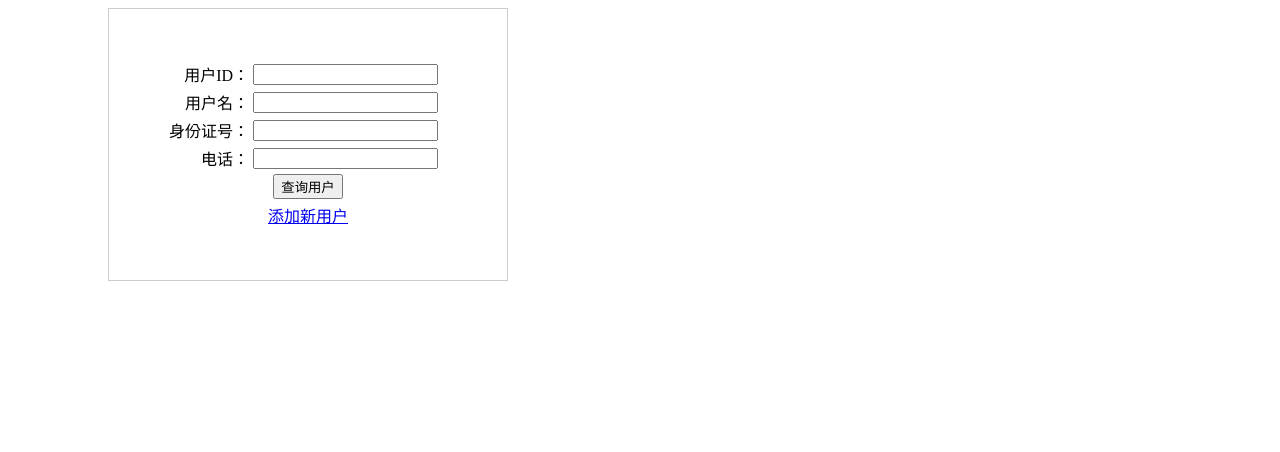
Repository: showmore/study
Page: http://localhost/MyWebProject/add.jsp
These files come from the project's save history. The page is drawn as it stood at one moment and after the next save; the edit follows.
The browser window is 1280 px wide. The pictures show the whole page.
The page is served by Tomcat 9. Other server files are loaded and not shown.

Above is the page before, as saved 2018-12-23 13:49:22.

### MyWebProject/WebContent/add.jsp
<%@ page language="java" contentType="text/html; charset=UTF-8"
    pageEncoding="UTF-8"%>
<!DOCTYPE html>
<html>
<head>
<meta charset="UTF-8">
<title>add Page</title>
</head>
<body>
	<form action="<%=request.getContextPath()%>/add.udo">
	<table
		style="margin: 0 100px; padding: 50px; border: 1px #ccc solid; width: 400px;">

		<tr>
			<td style="text-align: right;">用户ID：</td>
			<td style="text-align: left;"><input type="text"
				name="userID" /></td>
		</tr>
		<tr>
			<td style="text-align: right;">用户名：</td>
			<td style="text-align: left;"><input type="text"
				name="username" /></td>
		</tr>
		<tr>
			<td style="text-align: right;">身份证号：</td>
			<td style="text-align: left;"><input type="text"
				name="identity" /></td>
		</tr>
		<tr>
			<td style="text-align: right;">电话：</td>
			<td style="text-align: left;"><input type="text"
				name="phone" /></td>
		</tr>
		<tr>
			<td colspan=2 style="text-align: center;"><input type="submit"
				value="查询用户" />
		</tr>
		<tr>
			<td colspan=2 style="text-align: center;">
			<a href="<%=request.getContextPath()%>/add.jsp">添加新用户</a>
				</td>
			</tr>

		</table>
	</form>

</body>
</html>

After the next save:
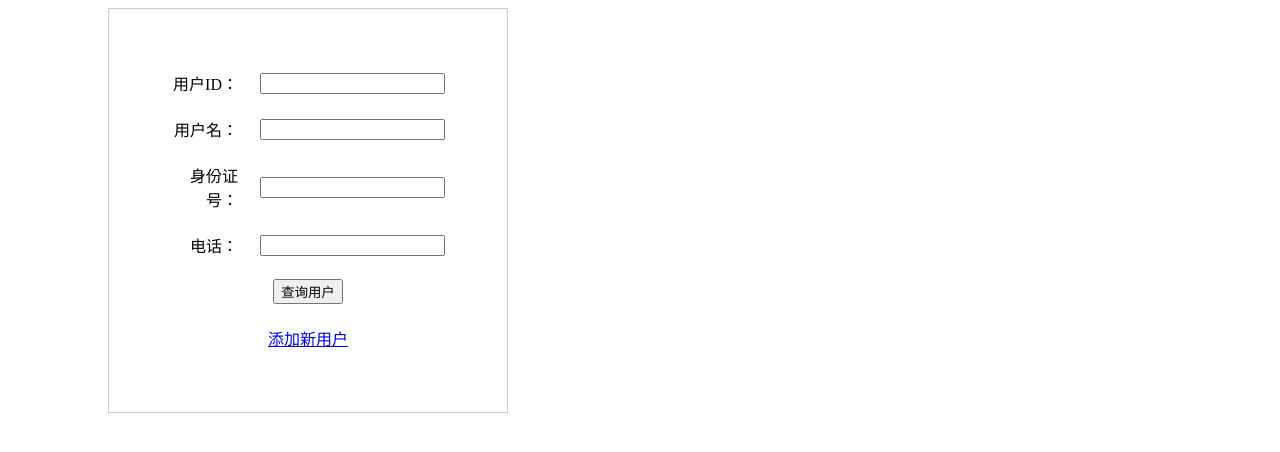
Saved 98 s later.
--- a/MyWebProject/WebContent/add.jsp
+++ b/MyWebProject/WebContent/add.jsp
@@ -5,6 +5,16 @@
 <head>
 <meta charset="UTF-8">
 <title>add Page</title>
+<style>
+	tr {
+		height:40px;
+	}
+	td {
+		padding:10px;
+		width:180px;
+		text-align: center;
+	}
+</style>
 </head>
 <body>
 	<form action="<%=request.getContextPath()%>/add.udo">
